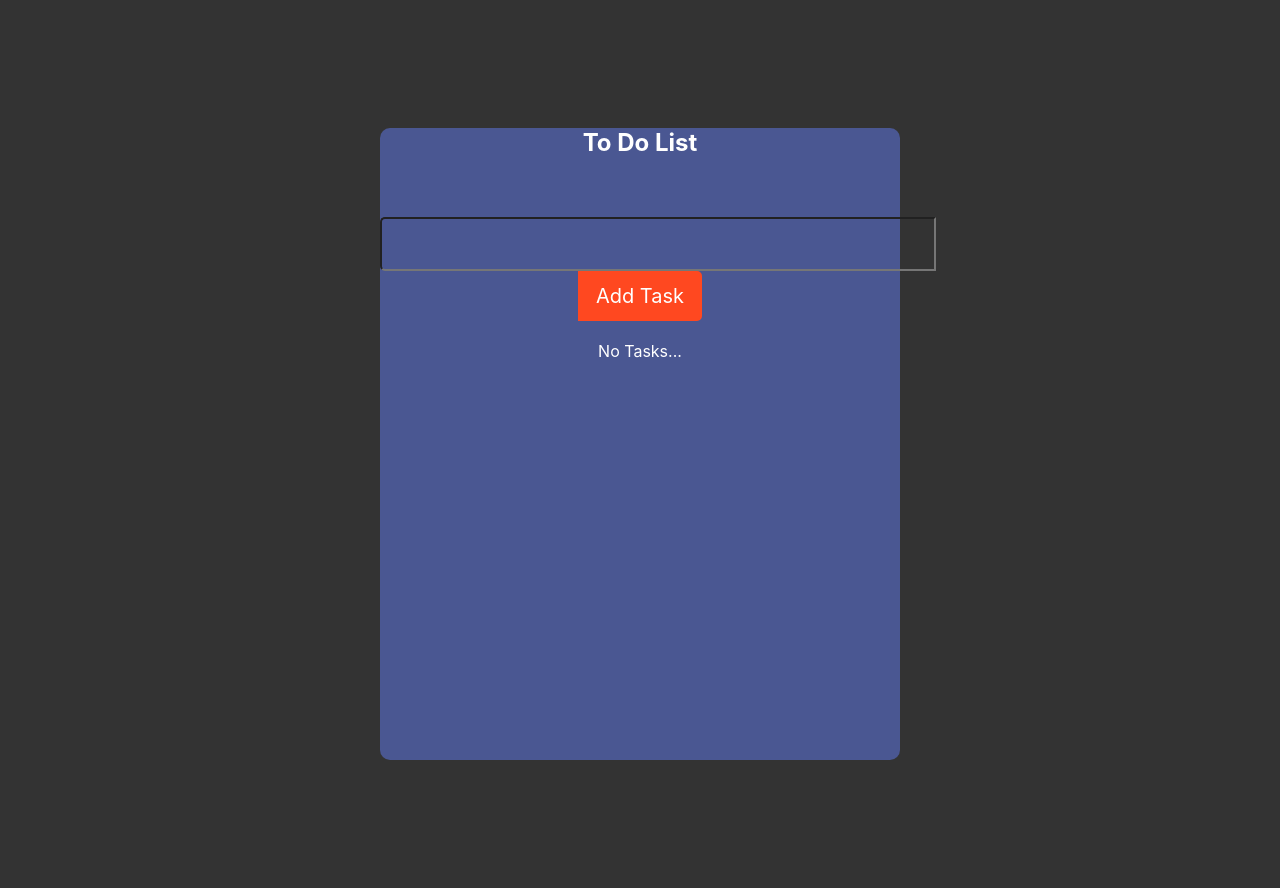
Repository: kirangautam45/ToDoList
Page: /
An editor plug-in stored every save of this project. The page is shown before and after the next save, followed by the edit.
The browser window is 1280 px wide. The pictures show the whole page.
The project was rebuilt for these pictures with package versions that can differ from the ones it lists, and the page was loaded fresh each time. Also part of the build but not shown: src/components/Update.js.

Above is the page before, as saved 2022-08-07 20:39:29.

### src/App.js
import { useState } from "react";
import TodoForm from "./components/TodoForm";
import Update from "./components/Update";
import ToDo from "./components/Todo";

import "./App.css";

function App() {
  // Tasks (To Do List) State
  const [toDo, setToDo] = useState([]);
  const [newTask, setNewTask] = useState("");
  const [updateData, setUpdateData] = useState("");


  // Add task
  const addTask = () => {
    if (newTask) {
      let num = toDo.length + 1;
      let newEntry = { id: num, title: newTask, status: false };
      setToDo([...toDo, newEntry]);
      setNewTask("");
    }
  };

  // Delete task
  const deleteTask = (id) => {
    let newTasks = toDo.filter((task) => task.id !== id);
    setToDo(newTasks);
  };

  // Mark task as completed
  const markDone = (id) => {
    let newTask = toDo.map((task) => {
      if (task.id === id) {
        return { ...task, status: !task.status };
      }
      return task;
    });
    setToDo(newTask);
  };

  // Cancel update
  const cancelUpdate = () => {
    setUpdateData("");
  };

  // Change task for update
  const changeTask = (e) => {
    let newEntry = {
      id: updateData.id,
      title: e.target.value,
      status: updateData.status ? true : false,
    };
    setUpdateData(newEntry);
  };

  // Update task
  const updateTask = () => {
    let filterRecords = [...toDo].filter((task) => task.id !== updateData.id);
    let updatedObject = [...filterRecords, updateData];
    setToDo(updatedObject);
    setUpdateData("");
  };
  // search task

  return (
    <div className="container">
      <h2>To Do List</h2>
      <br />
      <br />

      {updateData && updateData ? (
        <Update
          updateData={updateData}
          changeTask={changeTask}
          updateTask={updateTask}
          cancelUpdate={cancelUpdate}
        />
      ) : (
        <TodoForm newTask={newTask} setNewTask={setNewTask} addTask={addTask} />
      )}

      {toDo && toDo.length ? "" : "No Tasks..."}

      <ToDo
        toDo={toDo}
        markDone={markDone}
        setUpdateData={setUpdateData}
        deleteTask={deleteTask}
      />

    </div>
  );
}

export default App;

### src/components/TodoForm.js
import React from "react";

const TodoForm = ({ newTask, setNewTask, addTask }) => {
  return (
    <div>
      <div className="row">
        <div className="col">
          <input
            value={newTask}
            onChange={(e) => setNewTask(e.target.value)}
            className="form-control"
          />
        </div>
        <div className="col-auto">
          <button onClick={addTask} className="btn-success">
            Add Task
          </button>
        </div>
      </div>
      <br />
    </div>
  );
};

export default TodoForm;

### src/components/Todo.js
import React from "react";
import { FontAwesomeIcon } from "@fortawesome/react-fontawesome";
import {
  faCircleCheck,
  faPen,
  faTrashCan,
} from "@fortawesome/free-solid-svg-icons";
const Todo = ({ toDo, markDone, setUpdateData, deleteTask }) => {
  return (
    <div>
      {toDo &&
        toDo
          .sort((a, b) => (a.id > b.id ? 1 : -1))
          .map((task, index) => {
            return (
              <React.Fragment key={task.id}>
                <div className="col taskBg">
                  <div className={task.status ? "done" : ""}>
                    <span className="taskNumber">{index + 1}</span>
                    <span className="taskText">{task.title}</span>
                  </div>
                  <div className="iconsWrap">
                    <span
                      title="Completed / Not Completed"
                      onClick={(e) => markDone(task.id)}
                    >
                      <FontAwesomeIcon icon={faCircleCheck} />
                    </span>

                    {task.status ? null : (
                      <span
                        title="Edit"
                        onClick={() =>
                          setUpdateData({
                            id: task.id,
                            title: task.title,
                            status: task.status ? true : false,
                          })
                        }
                      >
                        <FontAwesomeIcon icon={faPen} />
                      </span>
                    )}

                    <span title="Delete" onClick={() => deleteTask(task.id)}>
                      <FontAwesomeIcon icon={faTrashCan} />
                    </span>
                  </div>
                </div>
              </React.Fragment>
            );
          })}
    </div>
  );
};

export default Todo;

### src/App.css
body {
  background-color: #333;
  color: #fff;
}

.container{

  flex-direction: column;
  justify-content: start;
  width: 520px;
  min-height: 600px;
  background: #4a5792;
  text-align: center;
  margin: 128px auto;
  border-radius: 10px;
  padding-bottom: 32px;
}

.taskBg {
  background-color: rgb(130, 94, 94);
  border-radius: 6px;
  margin-bottom: 20px;
  padding: 10px 140px 10px 15px;
  text-align: left;
  font-size: 22px;
  position: relative;
}

.taskBg div {
  display: flex;
  align-items: center;
}

.taskNumber {
  color: rgb(180, 84, 84);
  border: 1px solid rgb(108, 39, 39);
  border-radius: 50%;
  width: 26px;
  height: 26px;
  display: flex;
  text-align: center;
  font-size: 14px;
  margin-right: 8px;
  align-items: center;
  justify-content: center;
}

.taskBg .taskText {
  flex: 1;
}

.taskBg .done .taskText {
  text-decoration: line-through;
  opacity: 0.8;
}

.taskBg .iconsWrap {
  position: absolute;
  top: 50%;
  transform: translateY(-50%);
  right: 15px;
  width: auto;
  display: inline-block;
}

.taskBg .iconsWrap span {
  display: inline-block;
  margin: 0px 10px 0 10px;
  cursor: pointer;
  color: #94e2be;
}

.taskBg .iconsWrap span:hover {
  color: rgb(250, 250, 23);
}

.mr-20 {
  margin-right: 20px;
}
.btn-success{
  flex: 0.6;
    min-height: 50px;
    font-family: var(--font-family);
    font-weight: 400;
    font-size: 20px;
    line-height: 28px;
    background: #FF4820;
    border: 2px solid #FF4820;
    padding: 0 1rem;
    color: #fff;
    cursor: pointer;
    outline: none;
    border-top-right-radius: 5px;
    border-bottom-right-radius: 5px;
}
.form-control{
  flex: 2;
  width: 100%;
  min-height: 50px;
  font-family: var(--font-family);
  font-weight: 400;
  font-size: 20px;
  line-height: 28px;
  background: var(--color-footer);
  padding: 0 1rem;
  outline: none;
  color: #fff;
  border-top-left-radius: 5px;
  border-bottom-left-radius: 5px;
}

Loaded but not shown: public/index.html (common file); src/index.js (common file); src/index.css (common file); src/reportWebVitals.js (common file)

After the next save:
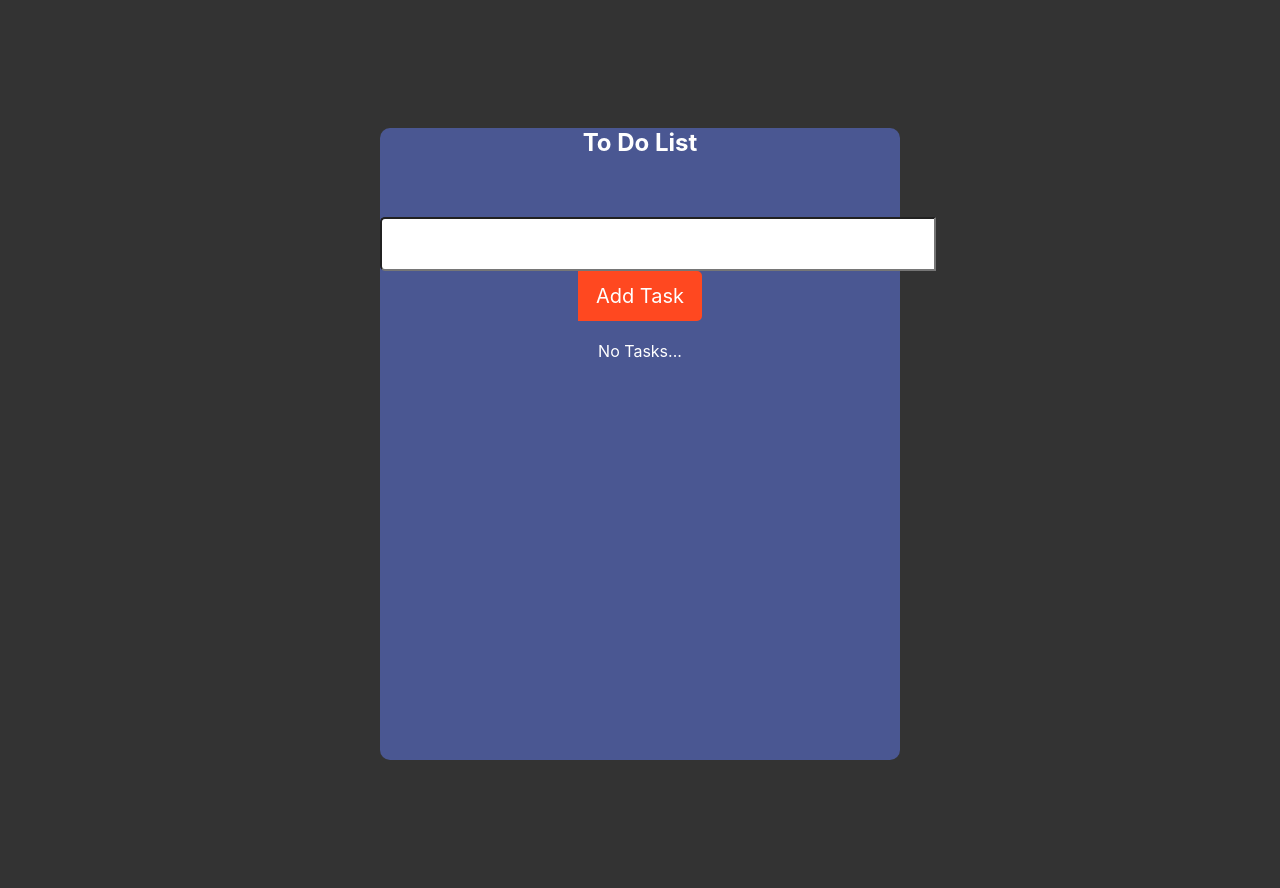
Saved 8 s later.
--- a/src/App.css
+++ b/src/App.css
@@ -101,7 +101,6 @@ body {
   font-weight: 400;
   font-size: 20px;
   line-height: 28px;
-  background: var(--color-footer);
   padding: 0 1rem;
   outline: none;
   color: #fff;
